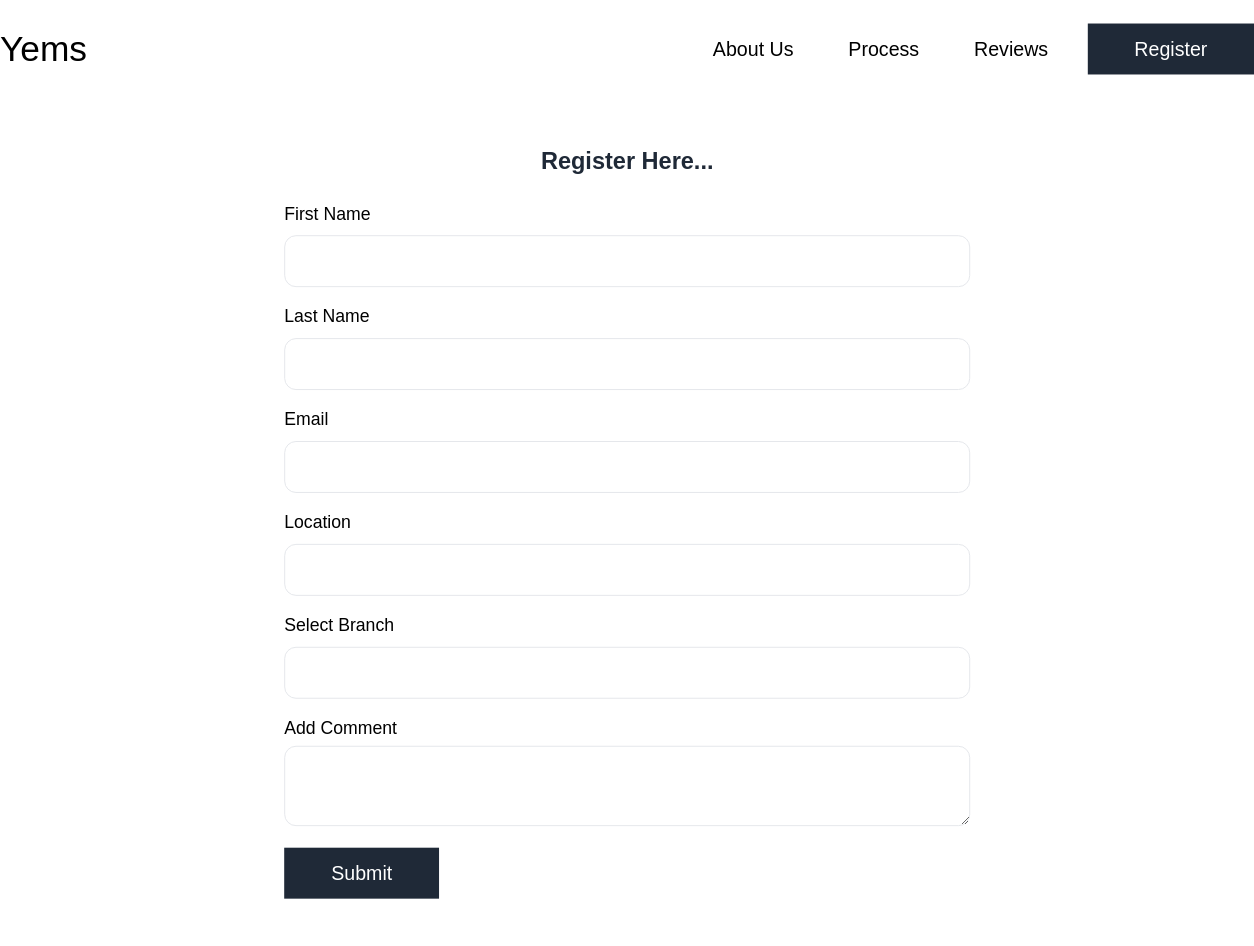
Repository: Ifenna-Pascal/user-camp-onboarding
Page: /register
These files come from the project's save history. The page is drawn as it stood at one moment and after a run of saves; the edit follows.
The browser window is 1280 px wide. The pictures show the whole page, at 98% of full size.
Some web fonts or font styles are not loaded; a fallback is used. The project was rebuilt for these pictures with package versions that can differ from the ones it lists, and the page was loaded fresh each time. The framework's server and built-in components were replaced by stand-ins that run in the browser. Also part of the build but not shown: next.config.js, components/layout/Footer.jsx.

Above is the page before, as saved 2022-11-18 08:10:36.

### pages/_app.js
import Mainlayout from "../components/layout";
import "../styles/globals.css";
import "remixicon/fonts/remixicon.css";

function MyApp({ Component, pageProps }) {
  return (
    <Mainlayout>
      <Component {...pageProps} />
    </Mainlayout>
  );
}

export default MyApp;

### pages/register.jsx
import React from "react";
import Button from "../components/general/Button";
import Input from "../components/general/Input";

function Register() {
  const handleSubmit = (e) => {
    e.preventDefault();
  };
  return (
    <div className="lg:max-w-[1000px] w-full mx-4 my-12 lg:mx-auto ">
      <h1 className="text-gray-800 text-2xl mb-6 font-semibold text-center font-sono block">
        Register Here...
      </h1>
      <form
        className="min-h-[400px]  w-full lg:max-w-[700px] mx-auto"
        onSubmit={handleSubmit}
      >
        <Input label="First Name" />
        <Input label="Last Name" />
        <Input label="Email" />
        <Input label="Location" />
        <Input label="Select Branch" />
        <Input label="Add Comment" textArea={true} />
        <Button text={"Submit"} />
      </form>
    </div>
  );
}

export default Register;

### components/layout/index.jsx
import React from "react";
import Footer from "./Footer";
import Nav from "./Nav";

function Mainlayout({ children }) {
  return (
    <div className="">
      <Nav />
      <main>{children}</main>
      {/* <Footer /> */}
    </div>
  );
}

export default Mainlayout;

### styles/globals.css
@import url('https://fonts.googleapis.com/css2?family=Poppins&family=Sono:wght@400;500&display=swap');
@import url('https://fonts.googleapis.com/css2?family=Montserrat&family=Source+Sans+Pro&display=swap');

* {
  padding: 0;
  margin: 0;
  box-sizing: border-box;
  scroll-behavior: smooth;
}

html,
body {
  padding: 0;
  margin: 0;
  font-family: -apple-system, BlinkMacSystemFont, Segoe UI, Roboto, Oxygen,
    Ubuntu, Cantarell, Fira Sans, Droid Sans, Helvetica Neue, sans-serif;
}

a {
  color: inherit;
  text-decoration: none;
}

* {
  box-sizing: border-box;
}

@media (prefers-color-scheme: dark) {
  html {
    color-scheme: dark;
  }
  body {
    color: white;
    background: black;
  }
}

@tailwind base;
@tailwind components;
@tailwind utilities;

### components/general/Button.jsx
import React from "react";

function Button({ text, ...rest }) {
  return (
    <button
      className="bg-gray-800 px-12 py-3 hover:bg-white hover:text-black hover:border hover:border-black duration-500 hover:ease-in-out text-white font-sono text-xl"
      {...rest}
    >
      {text}
    </button>
  );
}

export default Button;

### components/general/Input.jsx
import React from "react";

function Input({ type = "text", placeholder, label, name, textArea, ...rest }) {
  return (
    <div className="mb-4">
      <label className="text-lg  font-sono" htmlFor="label">
        {label}
      </label>
      {textArea ? (
        <textArea
          className="border  text-gray-700 mt-1 focus:border-AP-blue-100  rounded-[12px] focus:outline-none w-full text-[16px] font-montserat px-4 py-4 h-full placeholder:font-sansPro"
          required
        ></textArea>
      ) : (
        <input
          type={type}
          name={name}
          {...rest}
          placeholder={placeholder}
          className="border  text-gray-700 mt-2 focus:border-AP-blue-100  rounded-[12px] focus:outline-none w-full text-[16px] font-montserat px-4 py-4 h-full placeholder:font-sansPro"
          required
        />
      )}
    </div>
  );
}

export default Input;

### components/layout/Nav.jsx
import Link from "next/link";
import React, { useState } from "react";
import Button from "../general/Button";
import NavLink from "../general/NavLink";

function Nav() {
  const [show, setShow] = useState(false);
  const toggle = () => {
    setShow(!show);
  };
  return (
    <div className="sticky top-0 mb-4 z-50 px-6 lg:px-0 bg-white">
      <nav className="w-full lg:py-6 py-4 flex items-center  lg:max-w-[1450px] lg:mx-auto justify-between">
        <Link href="/">
          {" "}
          <h1 className="font-sono text-2xl lg:text-4xl ">Yems</h1>
        </Link>
        <ul className="lg:flex items-center hidden justify-between">
          <NavLink href="/#home" name="About Us" />
          <NavLink href="/#process" name="Process" />
          <NavLink href="/#reviews" name="Reviews" />
          <Link href="/register">
            <Button text="Register" />
          </Link>
        </ul>
        <button
          className='block md:hidden className="w-full px-2 py-1 rounded-lg text-AP-grey-200 hover:text-AP-blue-200 border-AP-grey-200 hover:border-AP-blue-400'
          onClick={toggle}
        >
          <i
            className={`${
              !show ? "ri-menu-3-fill duration-500" : "ri-close-line"
            } text-2xl text-gray-800`}
          />
        </button>
      </nav>
      <div
        className={`flex lg:hidden ${
          show
            ? "flex duration-500  flex-col items-center space-y-8 pt-2 "
            : "hidden"
        }`}
      >
        <NavLink href="/#home" name="About Us" />
        <NavLink href="/#process" name="Process" />
        <NavLink href="/#reviews" name="Reviews" />
        <Link href="/register">
          <Button text="Register" onClick={() => setShow(false)} />
        </Link>
      </div>
    </div>
  );
}

export default Nav;

### components/general/NavLink.jsx
import Link from "next/link";
import React from "react";

function NavLink({ href, name }) {
  return (
    <Link href={href}>
      <span className="text-black px-4 text-xl font-sono mr-6 font-500">
        {name}
      </span>
    </Link>
  );
}

export default NavLink;

### tailwind.config.js
/** @type {import('tailwindcss').Config} */
module.exports = {
  content: [
    "./pages/**/*.{js,ts,jsx,tsx}",
    "./components/**/*.{js,ts,jsx,tsx}",
  ],

  theme: {
    extend: {
      fontFamily: {
        sono: ["Sono", "sans-serif"],
        poppins: ["Poppins", "sans-serif"],
        montserat: ["Montserrat", "sans-serif"],
      },
    },
  },
  plugins: [],
};

After the next 2 saves:
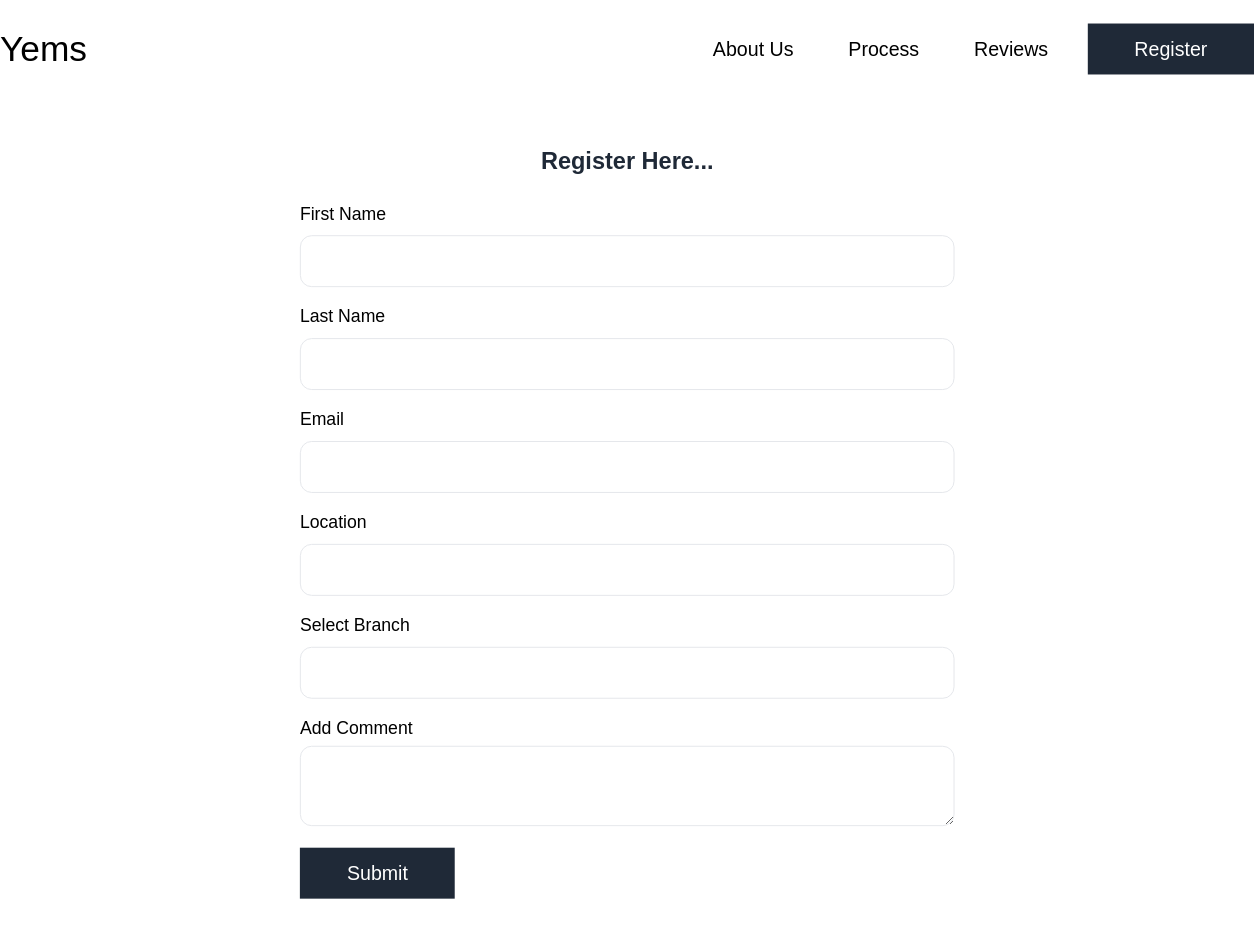
The 2 saves are shown as one change because they came seconds apart.
The last was saved 16 s later.
--- a/pages/register.jsx
+++ b/pages/register.jsx
@@ -12,7 +12,7 @@ function Register() {
         Register Here...
       </h1>
       <form
-        className="min-h-[400px]  w-full lg:max-w-[700px] mx-auto"
+        className="min-h-[400px] px-4  w-full lg:max-w-[700px] mx-auto"
         onSubmit={handleSubmit}
       >
         <Input label="First Name" />
